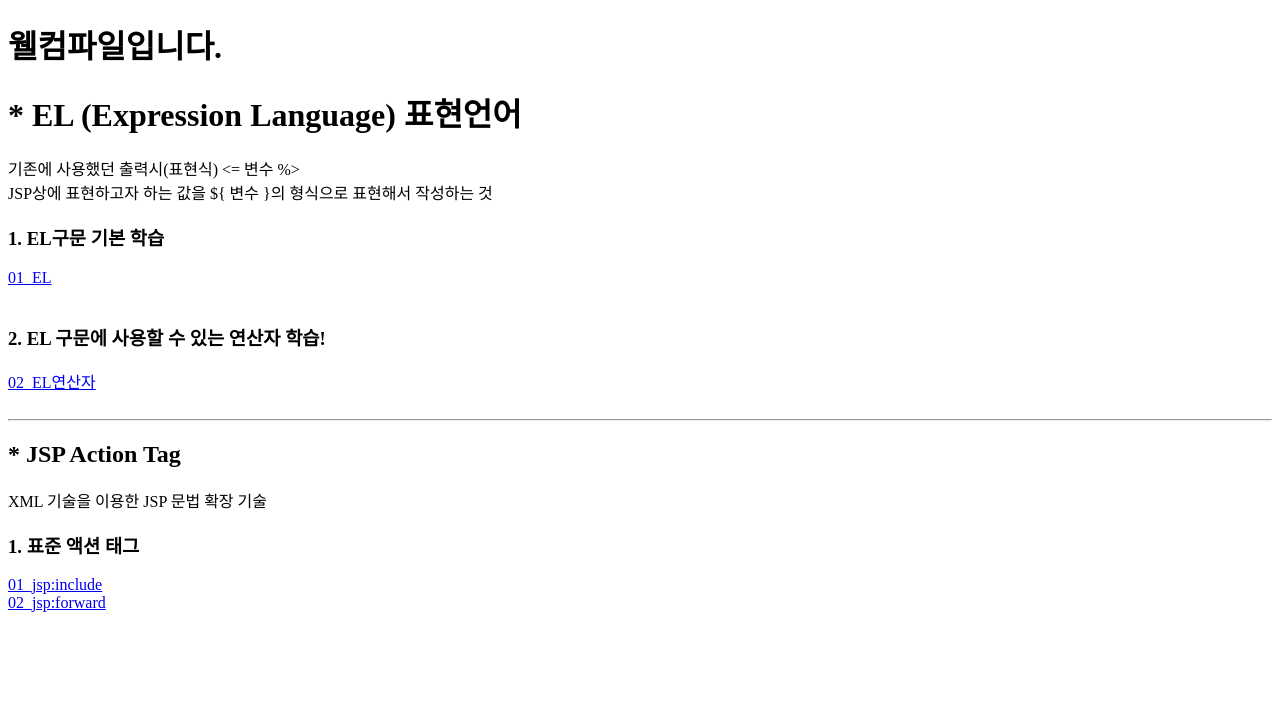
Repository: judeyong/myWebWorkSpace2
Page: http://localhost/Action_Project/
The author's editor kept a copy of each file at every save. The page is drawn from the files as they stood at one save, then again after a run of saves.
The browser window is 1280 px wide. The pictures show the whole page.
The page is served by Tomcat 9. Other server files are loaded and not shown.

Above is the page before, as saved 2024-04-04 00:03:26.

### Action_Project/WebContent/index.jsp
<%@ page language="java" contentType="text/html; charset=UTF-8"
    pageEncoding="UTF-8"%>
<!DOCTYPE html>
<html>
<head>
<meta charset="UTF-8">
<title>Insert title here</title>
</head>
<body>
	<h1>웰컴파일입니다.</h1>

	<h1>* EL (Expression Language) 표현언어</h1>

	<p>
		기존에 사용했던 출력시(표현식) &lt;= 변수 %&gt; <br>
		JSP상에 표현하고자 하는 값을 \${ 변수 }의 형식으로 표현해서 작성하는 것
	</p>

	<h3>1. EL구문 기본 학습</h3>
	<a href="/action/el.do">01_EL</a>
	<br><br>

	<h3>2. EL 구문에 사용할 수 있는 연산자 학습!</h3>

	<a href="/action/operation.do">02_EL연산자</a>
	<br><br>

	<hr>

	<!--

		* jsp를 이루는 구성요소

		1. jsp스크립팅요소(스크립틀릿, 표현식, 선언문) : jsp페이지 안에서 자바코드를 직접 기술할 수 있도록 해주는 요소
		2. 지시어 : jsp페이지 정보에 대한 내용을 표현한다거나 (page지시어)
				   또 다른 페이지를 포함할 때 사용(include)
				 -- taglib지시어(라이브러리 추가시 사용 가능)
		3. JSP 액션 태그 : XML기술을 이용하여 기존의 JSP문법을 확장하는 기술을 제공하는 태그
		 			   - 표준 액션 태그(Standard Action Tag)
		 			   : JSP페이지 내에 바로 사용 가능한 태그(별도의 연동이 필요없음, taglib지시어를 사용하지 않음)
		 			   [ 표현법 ]
		 			   &lt;jsp:태그명&gt; &lt;/jsp:태그명&gt;
		 			   => 모든 태그명 앞에 jsp: 이라는 접두어가 붙음
	 -->

	<h2>* JSP Action Tag</h2>

	<p>
		XML 기술을 이용한 JSP 문법 확장 기술
	</p>
	<h3>1. 표준 액션 태그</h3>

	<a href="views/StandardAction/01_include.jsp">01_jsp:include</a>

	<br>

	<a href="views/StandardAction/02_forward.jsp">02_jsp:forward</a>

	<br>


















</body>
</html>

After the next 2 saves:
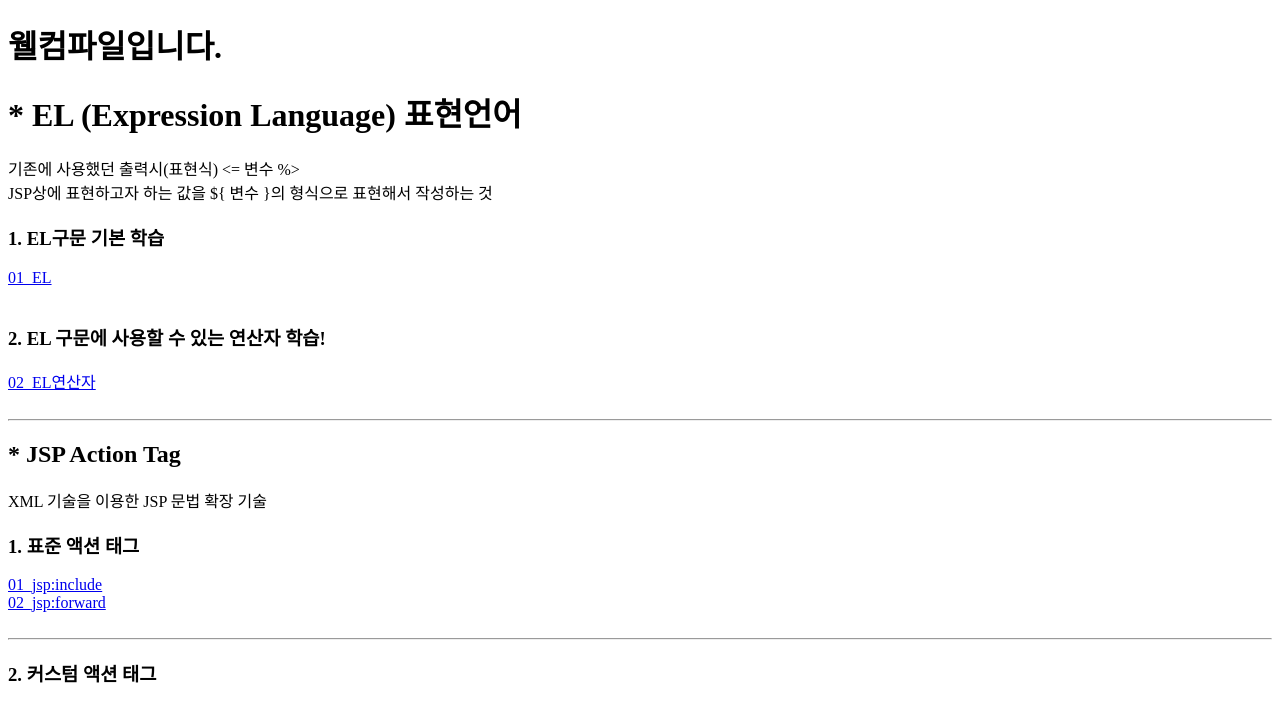
The 2 saves are shown as one change because they came seconds apart.
The last was saved 17 min 13 s later.
--- a/Action_Project/WebContent/index.jsp
+++ b/Action_Project/WebContent/index.jsp
@@ -56,8 +56,11 @@
 
 	<a href="views/StandardAction/02_forward.jsp">02_jsp:forward</a>
 
-	<br>
+	<br><br>
 
+	<hr>
+
+	<h3>2. 커스텀 액션 태그</h3>
 
 
 
